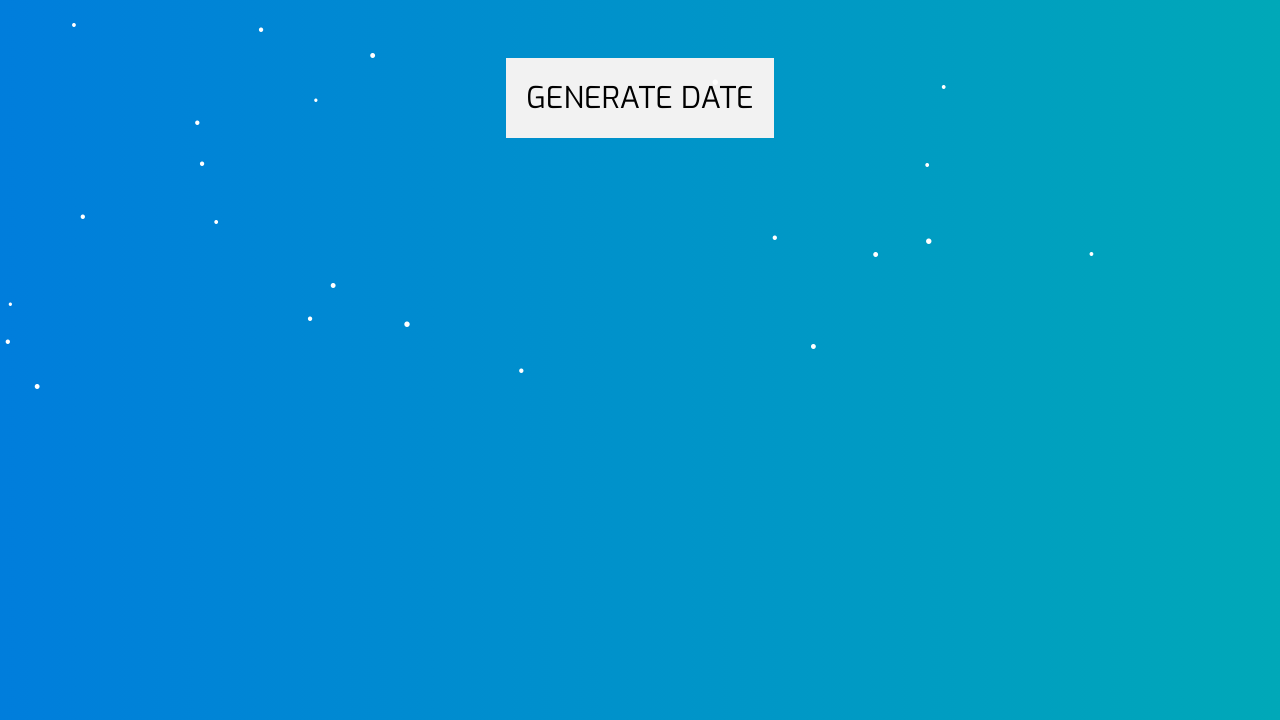
Repository: jfjadloc/jfjadloc.github.io
Page: Timestamp/index.html
The author's editor kept a copy of each file at every save. The page is drawn from the files as they stood at one save, then again after the next save.
The browser window is 1280 px wide. The pictures show the whole page.
After loading, the first visible `#myBtn` was clicked once.

Above is the page before, as saved 2022-02-27 21:09:27.

### Timestamp/index.html
<!DOCTYPE html>
<html lang="en">
<head>
    <meta charset="UTF-8">
    <meta http-equiv="X-UA-Compatible" content="IE=edge">
    <meta name="viewport" content="width=device-width, initial-scale=1.0">
    <title>Time Stamp Generator</title>
    <link rel="stylesheet" href="style.css">
</head>
<body>
    <button id="myBtn" onclick="displayDate()">Generate Date</button>

    <p id="answer"></p>

    <script>
        function displayDate() {
            document.getElementById("answer").innerHTML = Date.now();
        }
    </script>
</body>

<script src="snow.min.js"></script>
</html>

### Timestamp/style.css
@import url('https://fonts.googleapis.com/css2?family=Exo:ital,wght@0,100;0,200;0,300;0,400;0,500;0,600;0,700;0,800;0,900;1,100;1,200;1,300;1,400;1,500;1,600;1,700;1,800;1,900&display=swap');
body {
    font-family: "Exo";
    background: linear-gradient(270deg, #00ff6f, #0054ff);
    background-size: 400% 400%;
    -webkit-animation: AnimationName 10s ease infinite;
    -moz-animation: AnimationName 10s ease infinite;
    animation: AnimationName 10s ease infinite;
    display: flex;
    flex-flow: column;
    padding: 50px 0;
}

button#myBtn {
    text-align: center;
    margin: 0 auto;
    display: block;
    padding: 20px;
    font-size: 30px;
    text-transform: uppercase;
    border: 0;
    background: #f2f2f2;
    font-family: "Exo";

}

@-webkit-keyframes AnimationName {
    0%{background-position:0% 50%}
    50%{background-position:100% 50%}
    100%{background-position:0% 50%}
}
@-moz-keyframes AnimationName {
    0%{background-position:0% 50%}
    50%{background-position:100% 50%}
    100%{background-position:0% 50%}
}
@keyframes AnimationName {
    0%{background-position:0% 50%}
    50%{background-position:100% 50%}
    100%{background-position:0% 50%}
}

p#answer {
    text-align: center;
    background: rgba(255,255,255,0.2);
    font-size: 130px;
    width: max-content;
    padding: 60px;
    max-width: 100%;
    margin: 20px auto 0;
    line-height: 100%;
    display: none;
}

p#answer.visible {
    display: block;
}

Loaded but not shown: Timestamp/snow.min.js (library)

After the next save:
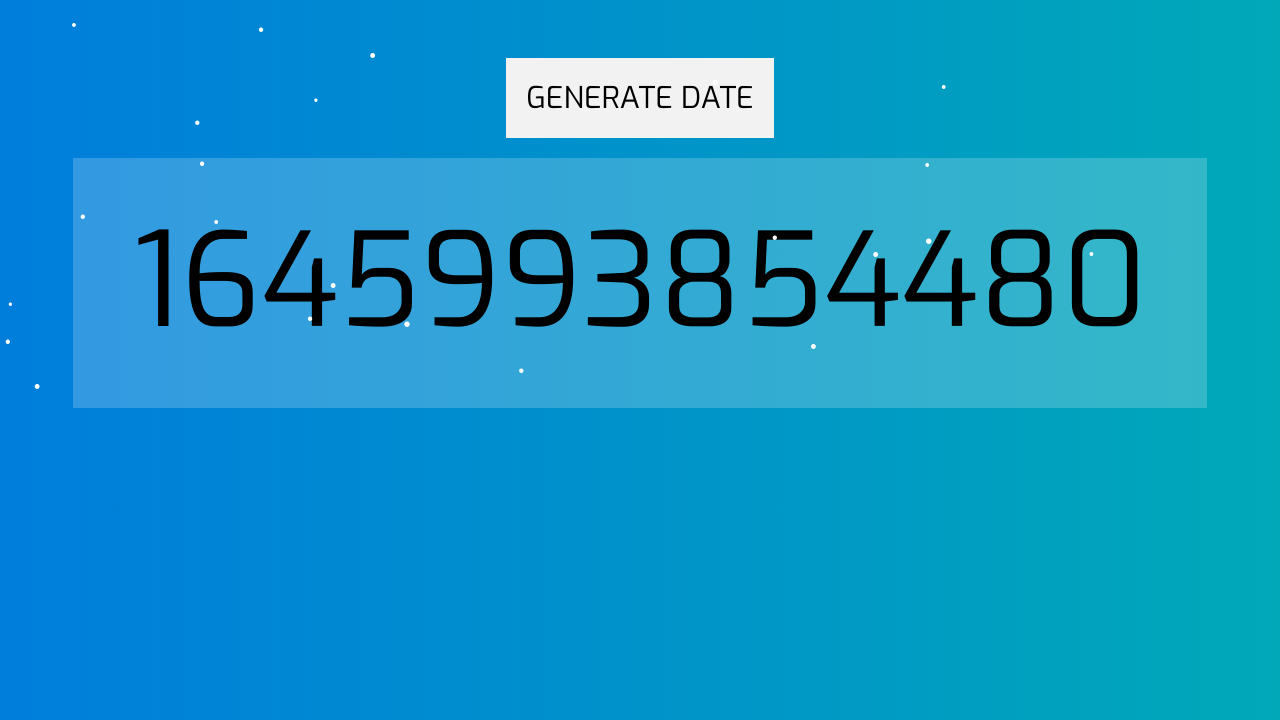
Saved 48 s later.
--- a/Timestamp/index.html
+++ b/Timestamp/index.html
@@ -15,6 +15,7 @@
     <script>
         function displayDate() {
             document.getElementById("answer").innerHTML = Date.now();
+            document.getElementById("answer").classList.add("visible");
         }
     </script>
 </body>
